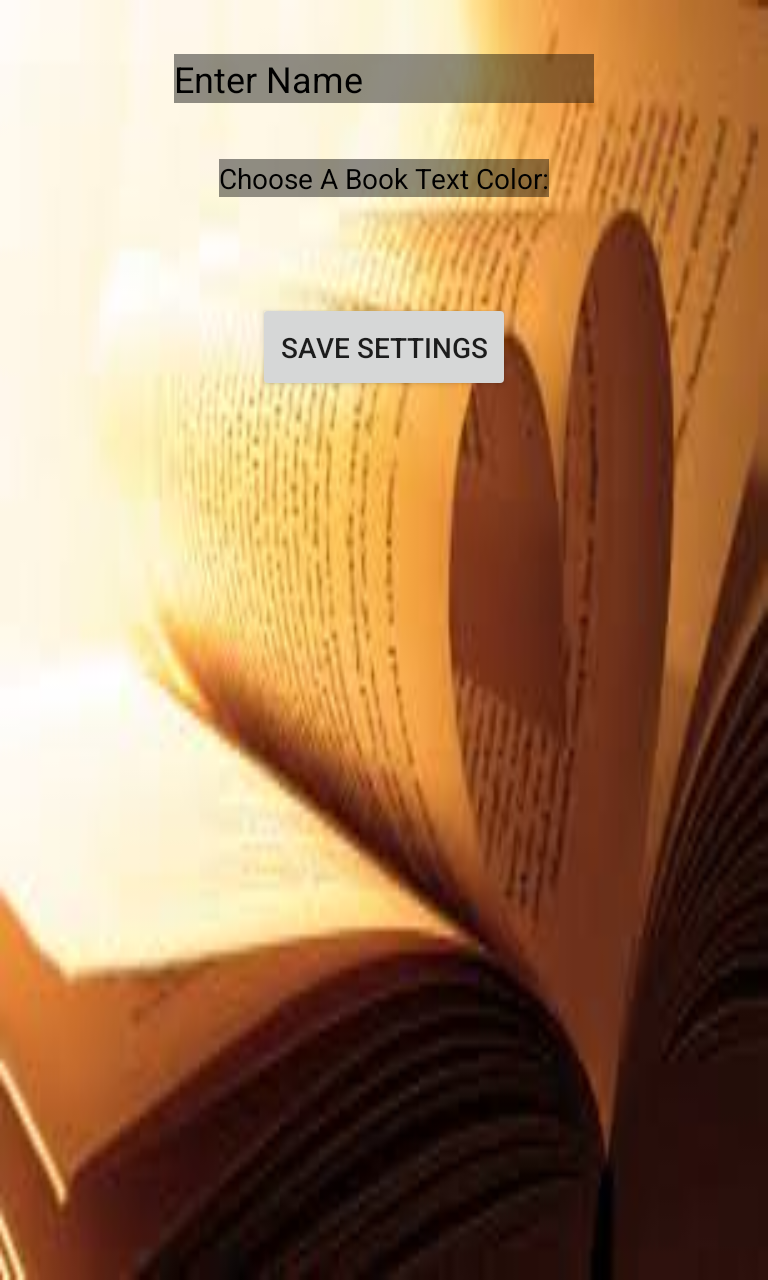
Repository: arianaantonio/MDF3_Antonio
Layout: Readable/res/layout/activity_main.xml
These files come from the project's save history. The layout is drawn as it stood at one moment and after the next save; the edit follows.
It is drawn on a 768 x 1280 px phone screen (xhdpi) without system bars, with theme AppTheme; the app's code is not run. The app's manifest (not shown) leaves right-to-left support off. So textAlignment, textDirection and layoutDirection are ignored, and left and right values win over start and end ones.

Above is the layout before, as saved 2014-08-21 03:20:04.

After the next save:
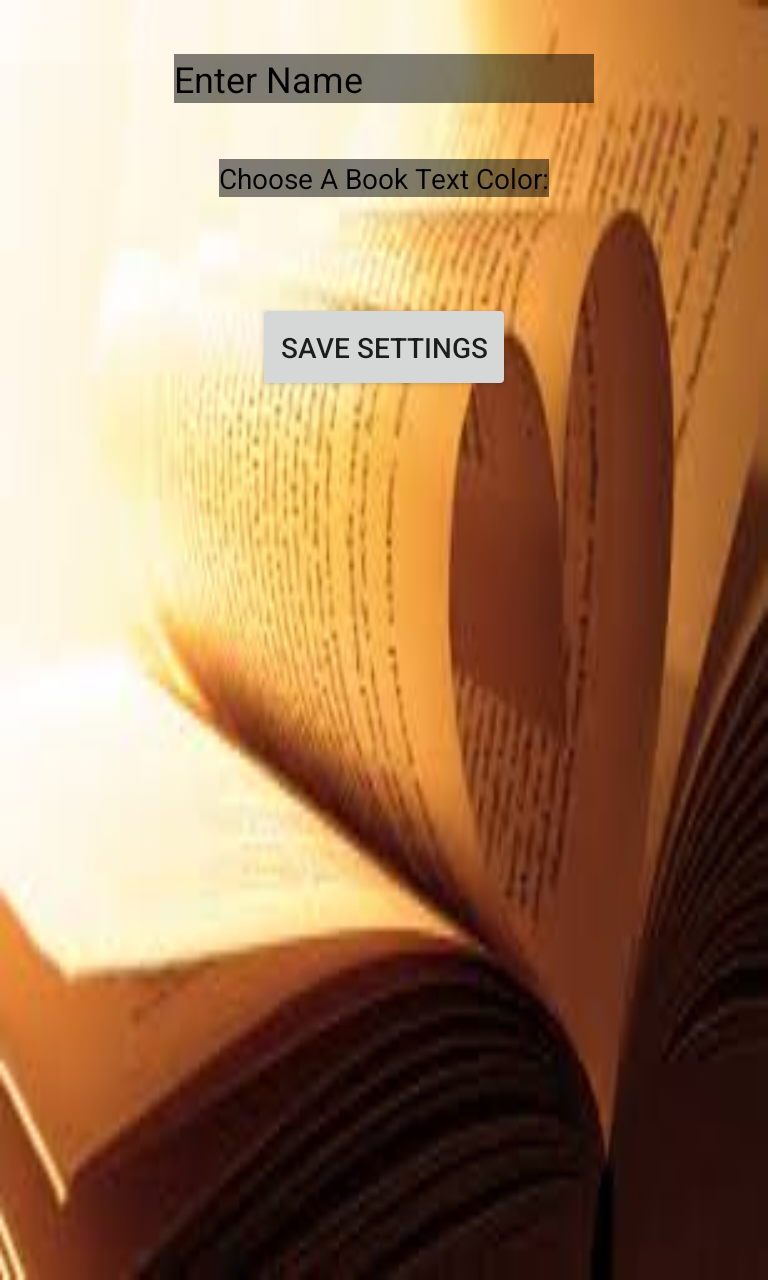
Saved 60 s later.
--- a/Readable/res/values/strings.xml
+++ b/Readable/res/values/strings.xml
@@ -13,6 +13,6 @@
     <color name="black">#000000</color>
     <string name="name">Enter Name</string>
     <color name="lightgrey">#65D3D3D3</color>
-    <color name="transparentBlack">#70000000</color>
+    <color name="transparentBlack">#80000000</color>
 
 </resources>
